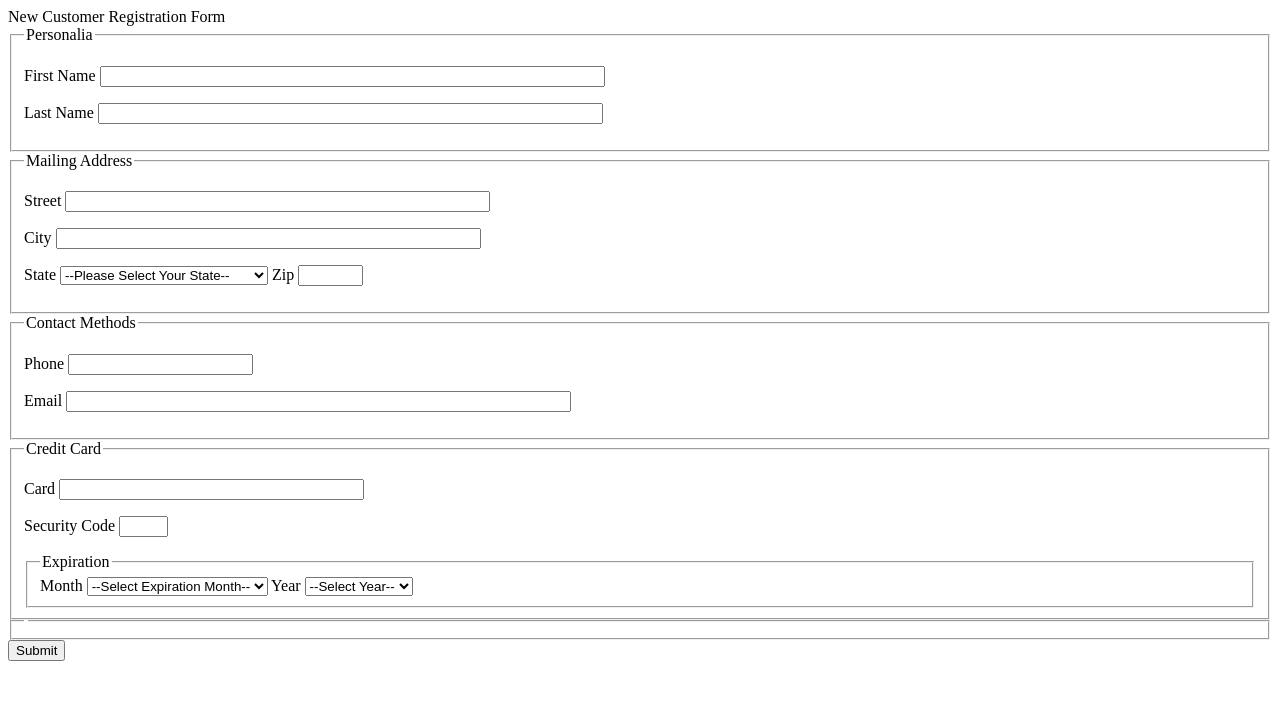
Repository: banjilawal/htdocs
Page: http://localhost/controls/new_customer-form.php
An editor plug-in stored every save of this project. The page is shown before and after the next save, followed by the edit.
The browser window is 1280 px wide. The pictures show the whole page.
The page is run by PHP 8.4 with error messages shown; the project is at /var/www/html/.

Above is the page before, as saved 2022-03-26 23:57:44.

### shop-0.01/controls/new_customer-form.php
<?php
    require('../models/customer.php');

    #$customer = new Customer();
?>

<!DOCTYPE html>
<html lang="en-us">
<head>
    <meta name="viewport" content="width=device-width, initial-scale=1.0">
    <!--<link rel="stylesheet" type="text/css" href="style.css" media=”screen"/> -->
    <!--<script type="text/javascript" src="script.js"></script> -->
    <!--<script type="text/php" src="script.php"></script> -->

    <title>New Customer Registration</title>
</head>

<body>
<header>
    <hi>New Customer Registration Form</hi>
</header>

<nav>
</nav>
<main>
    <form id='new-customer-form' name='new-customer-form' method="post">
        <fieldset><legend>Personalia</legend>
            <p>
                <label for='firstname'> First Name </label>
                <input type="text" id="firstname" name="firstname" minlength="2" maxlength="50" size="60" pattern="[A-Z]+" required>
            </p>
            <p>
                <label for="lastname"> Last Name </label>
                <input type="text" id="lastname" name="lastname" minlength="2" maxlength="50" size="60" pattern="[A-Z]+" required>
            </p>
        </fieldset>

        <fieldset><legend>Mailing Address</legend>
            <p>
                <label for="street">Street </label>
                <input type="text" id="street" name="street" minlength="2" maxlength="60" size="50" required>
            </p>
            <p>
                <label for="city">City </label>
                <input type="text" id="city" name="city" minlength="2" maxlength="70" size="50" required>
            </p>
            <p>
                <label for="state"> State </label>
                <select id="state" name="state" required>
                    <option value="" selected>--Please Select Your State--</option>
                    <option value="AL">Alabama</option>
                    <option value="AK">Alaska</option>
                    <option value="AS">American Samoa</option>
                    <option value="AZ">Arizona</option>
                    <option value="AR">Arkansas</option>
                    <option value="AA">Armed Forces Americas</option>
                    <option value="AE">Armed Forces Europe</option>
                    <option value="AP">Armed Forces Pacific</option>
                    <option value="CA">California</option>
                    <option value="CO">Colorado</option>
                    <option value="CT">Connecticut</option>
                    <option value="DE">Delaware</option>
                    <option value="DC">District of Columbia</option>
                    <option value="FM">Federated States of Micronesia</option>
                    <option value="FL">Florida</option>
                    <option value="GA">Georgia</option>
                    <option value="GU">Guam</option>
                    <option value="HI">Hawaii</option>
                    <option value="ID">Idaho</option>
                    <option value="IL">Illinois</option>
                    <option value="IN">Indiana</option>
                    <option value="IA">Iowa</option>
                    <option value="KS">Kansas</option>
                    <option value="KY">Kentucky</option>
                    <option value="LA">Louisiana</option>
                    <option value="ME">Maine</option>
                    <option value="MH">Marshall Islands</option>
                    <option value="MD">Maryland</option>
                    <option value="MA">Massachusetts</option>
                    <option value="MI">Michigan</option>
                    <option value="MN">Minnesota</option>
                    <option value="MS">Mississippi</option>
                    <option value="MO">Missouri</option>
                    <option value="MT">Montana</option>
                    <option value="NE">Nebraska</option>
                    <option value="NV">Nevada</option>
                    <option value="NH">New Hampshire</option>
                    <option value="NJ">New Jersey</option>
                    <option value="NM">New Mexico</option>
                    <option value="NY">New York</option>
                    <option value="NC">North Carolina</option>
                    <option value="ND">North Dakota</option>
                    <option value="MP">Northern Mariana Islands</option>
                    <option value="OH">Ohio</option>
                    <option value="OK">Oklahoma</option>
                    <option value="OR">Oregon</option>
                    <option value="PW">Palau</option>
                    <option value="PA">Pennsylvania</option>
                    <option value="PR">Puerto Rico</option>
                    <option value="RI">Rhode Island</option>
                    <option value="SC">South Carolina</option>
                    <option value="SD">South Dakota</option>
                    <option value="TN">Tennessee</option>
                    <option value="TX">Texas</option>
                    <option value="UT">Utah</option>
                    <option value="VT">Vermont</option>
                    <option value="VI">Virgin Islands</option>
                    <option value="VA">Virginia</option>
                    <option value="WA">Washington</option>
                    <option value="WV">West Virginia</option>
                    <option value="WI">Wisconsin</option>
                    <option value="WY">Wyoming</option>
                </select>

                <label for="zip"> Zip </label>
                <input type="text" id="zip" name="zip" maxlength="5" minlength="5" size="5" pattern="[0-9]{5}" required>
            </p>
        </fieldset>

        <fieldset><legend>Contact Methods</legend>
            <p>
                <label for="phone">Phone</label>
                <input type="tel">
            </p>

            <p>
                <label>Email</label>
                <input type="email" size="60" required>
            </p>
        </fieldset>

        <fieldset><legend>Credit Card</legend>
            <p>
                <label for="card">Card</label>
                <input type="text" id="card" name="card" minlength="15" maxlength="25" size="35">
            </p>

            <p>
                <label for="code">Security Code</label>
                <input id="code" name="code" type="text" minlength="3" maxlength="3" size="3" pattern="[0-9]{3}" required>
            </p>

            <fieldset><legend>Expiration</legend>
                <label for="month">Month</label>
                <select>
                    <option value="" select>--Select Expiration Month--</option>
                    <option value="1">January</option>
                    <option value="2">February</option>
                    <option value="3">March</option>
                    <option value="4">April</option>
                    <option value="5">May</option>
                    <option value="6">June</option>
                    <option value="7">July</option>
                    <option value="8">August</option>
                    <option value="9">September</option>
                    <option value="10">October</option>
                    <option value="11">November</option>
                    <option value="12">December</option>
                </select>

                <label for="year">Year</label>
                <select>
                    <option value="" select>--Select Year--</option>
                    <option value="22">22</option>
                    <option value="23">23</option>
                    <option value="24">24</option>
                    <option value="25">25</option>
                    <option value="26">26</option>
                    <option value="27">27</option>
                    <option value="28">28</option>
                    <option value="29">29</option>
                    <option value="00">30</option>
                    <option value="01">31</option>
                    <option value="02">32</option>
                    <option value="03">33</option>
                </select>
            </fieldset>
        </fieldset>

        <fieldset><legend>

        </fieldset>

        <input type="submit" value="Submit">
    </form>
</main>

<footer>
</footer>
</body>
<html>

### shop-0.01/models/customer.php
<?php
    #require_once('creditcard.php');
    require_once('address.php');
    require_once('phone.php');
    require_once('creditcard.php');

    class Customer {
        private $firstname;
        private $lastname;
        private $birthdate;
        private $phone;
        private $email;
        private $address;

        private $id;
        private $card;

        public function __construct($firstname, $lastname, $phone, $email, $address) {

            if (get_class($address) != 'PostalAddress') {
                throw new Exception("address is not of the correct type");
            }

            if (get_class($phone) != 'Phone') {
                throw new Exception("Not a valid phone number", 1);
            }

            $this->firstname = $firstname;
            $this->lastname = $lastname;
            #$this->birthdate = $birthdate;
            $this->phone = $phone;
            $this->email = $email;
            $this->address = $address;
        }

        public function get_firstname () { return $this->firstname; }
        public function get_lastname () { return $this->lastname; }
        public function get_birthdate () { return $this->birthdate; }
        public function get_phone () { return $this->phone; }
        public function get_email () { return $this->email; }
        public function get_address () { return $this->adddress; }

        public function set_firstname ($name) { $this->firstname = $name; }
        public function set_lastname ($name) { $this->lastname = $name; }
        public function set_birthdate ($date) { $this->birthdate = $date; }
        public function set_email ($email) { $this->email = $email; }

        public function set_phone ($phone) {
            if (get_class($phone) != 'Phone')
                throw new Exception("Not a valid phone number");

            $this->phone = $phone;
        }

        public function set_address ($address) {
            if (get_class($address) != 'PostalAddress')
                throw new Exception("address is not of the correct type");

            $this->address = $address;
        }

        public function set_card ($card) {
            if (get_class($card) != 'CreditCard')
                throw new Exception("Not a valid credit card");

            $this->card = $card;
        }

        public function set_id ($id) { $this->id = $id; }


        public function __toString() {
           $string = 'firstname: ' . $this->firstname . '<br>' . PHP_EOL;
           $string .= 'lastname: ' . $this->lastname . '<br>' . PHP_EOL;
          # $string .= 'birthdate: ' . $this->birthdate . '<br>' . PHP_EOL;
           $string .= 'phone: ' . $this->phone . '<br>' . PHP_EOL;
           $string .= 'email: ' . $this->email . '<br>' . PHP_EOL;
           $string .= 'address: ' . $this->address . '<br>' . PHP_EOL;
           $string .= 'card: ' . $this->card . '<br>' . PHP_EOL;

           return $string;
        }

    } // end class Customer

    $date = new ExpirationDate(11, 26);
    $code = new SecurityCode(352);
    $card = new CreditCard('5043-55422-2462-8632', $date, $code);
    #echo $card;

    $phone = new Phone('236', '155','1825');
    $address = new PostalAddress('11681 Theatre Drive North', 'Champlin', 'MN', '55316');

    $customer = new Customer('Hannia', 'Free', $phone, 'hannia-free@aim.com', $address);
    $customer->set_id('CN-38-VDL-M7');
    $customer->set_card($card);

 #   echo $customer;
?>

### shop-0.01/models/address.php
<?php
    class PostalAddress {
        private $street;
        private $city;
        private $state;
        private $zip;

        public function __construct($street, $city, $state, $zip) {
            $this->street = $street;
            $this->city = $city;
            $this->state = $state;
            $this->zip = $zip;
        }

        public function get_street () { return $this->street; }
        public function get_city () { return $this->city; }
        public function get_state () { return $this->state; }
        public function get_zip () { return $this->zip; }
        public function get_card () { return $this->card; }

        public function set_street ($street) { $this->street = $street; }
        public function set_city ($city) { $this->city = $city; }
        public function set_state ($state) { $this->state = $state; }
        public function set_zip ($zip) { $this->zip = $zip; }

        public function __toString () {
            return $this->street . ' ' . $this->city . ', ' . $this->state . ' ' . $this->zip;
        }

    } // end class StreetAddress
  #  $address = new PostalAddress('250 Turners Crossroad South', 'Golden Valley', 'MN', '55416');

  #  echo $address . '\n' .  gettype($address) . '\n' . get_class($address);
?>

### shop-0.01/models/phone.php
<?php
    class Phone {
        private $areaCode;
        private $exchange;
        private $number;

        public function __construct($areaCode, $exchange, $number) {
            if ($this->validate_code($areaCode) == 'fail') {
                throw new Exception("not a valid area code", 1);
            }

            if ($this->validate_code($exchange) == 'fail') {
                throw new Exception("not a valid phone exchange", 1);
            }

            if ($this->validate_number($number) == 'fail') {
                throw new Exception("not a valid extension", 1);
            }

            $this->areaCode = $areaCode;
            $this->exchange = $exchange;
            $this->number = $number;
        }

        public function get_street () { return $this->street; }
        public function get_city () { return $this->city; }
        public function get_state () { return $this->state; }
        public function get_zip () { return $this->zip; }
        public function get_card () { return $this->card; }

        public function set_area_code ($areaCode) {
            if ($this->validate_code($areaCode) == 'fail') {
                throw new Exception("not a valid area code", 1);
            }
            $this->areaCode = $areaCode;
        }

        public function set_exchange ($exchange) {
            if ($this->validate_code($exchange) == 'fail') {
                throw new Exception("not a valid phone exchange", 1);
            }
            $this->exchange = $exchange;
        }

        public function set_number ($number) {
            if ($this->validate_number($number) == 'fail') {
                throw new Exception("not a valid extension", 1);
            }
            $this->number = $number;
        }

        public function __toString () {
            return '(' . $this->areaCode . ') ' . $this->exchange . '-' . $this->number;
        }

        private function validate_code($var) {
            $result = 'fail';

            if (is_string($var)) {
                if ((is_numeric($var) && (strlen($var) == 3)))
                    $result = 'pass';
            }

            if (is_int($var)) {
                if (strlen((string)$var) == 3)
                    $result = 'pass';
            }

            return $result;
        }

        private function validate_number($var) {
            $result = 'fail';

            if (is_string($var)) {
                if ((is_numeric($var) && (strlen($var) == 4)))
                    $result = 'pass';
            }

            if (is_int($var)) {
                if (strlen((string)$var) == 4)
                    $result = 'pass';
            }

            return $result;
        }


    } // end class Phone
$phone = new Phone('340', 679, 8013);
#echo $phone;
?>

### shop-0.01/models/creditcard.php
<?php
    class ExpirationDate {
        private $month;
        private $year;

        public function __construct($month, $year) {
            if ($month < 1 || $month > 12) {
                throw new Exception("not a valid month");

            }

            if ($year < 0 || $year > 99) {
                throw new Exception("Not a valid expiration year");
            }

            $this->month = $month;
            $this->year = $year;
        }

        public function get_month () { return $this->month; }
        public function get_year () { return $this->year; }

        public function set_month ($number) {
            if ($number < 1 || $number> 12) {
                throw new Exception("not a valid expiration month");
            }
            $this->month = $number;
        }

        public function set_year ($number) {
            if ($number < 0 || $number> 99) {
                throw new Exception("not a valid expiration year");
            }
            $this->year = $number;
        }

        public function __toString() {
            return ($this->number_string($this->month) . '/' . $this->number_string($this->year));
          # return '[' . $this->month . ' ' . $this->year . ']';
          # return ('' . $this->get_month() . '/' . $this->get_year());
        }

        private function number_string($number) {
            $text = '' . $number;

            if ($number < 10) $text = '0' . $number;

            return $text;
        }
    } // end class ExpirationDate


    class SecurityCode {
        private $code;

        public function __construct($var) {
            if (is_numeric($var) == false)
                throw new Exception("security code is not a number");

            if (strlen((string)$var) != 3)
                throw new Exception("incorrect security code length");

            $this->code = $var;
        }

        public function get_code () { return $this->code; }

        public function __toString() {
            $text = '' . $this->code;
            return $text;
        }
    }

    class CreditCard {
        private $number;
        private $expiration;
        private $securityCode;

        public function __construct($number, $date, $code) {
            if (get_class($date) != 'ExpirationDate') {
                throw new Exception("date is not an expiration date");
            }

            if (get_class($code) != 'SecurityCode') {
                throw new Exception("code is not a valid credit card security code");
            }

            $this->number = $number;
            $this->expiration = $date;
            $this->securityCode = $code;
        }

        public function get_number () { return $this->number; }
        public function get_expiration () { return $this->expiration; }
        public function get_security_code () { return $this->securityCode; }

        public function set_number ($number) { $this->number = $number; }

        public function set_expiration ($date) {
            if (get_class($date) != 'ExpirationDate')
                throw new Exception("date is not an expiration date");

            $this->expiration = $date;
        }

        public function set_security_code ($code) {
            if (get_class($code) != 'SecurityCode')
                throw new Exception("code is not a valid credit card security code");

            $this->securityCode = $code;
        }

        public function __toString() {
            return 'number: ' . $this->number . ', expiration: ' . $this->expiration . ', security code: ' . $this->securityCode;
        }

        private function validate_number($var) {
            $result = 'fail';

            if (is_string($var)) {
                if ((is_numeric($var) && (strlen($var) == 3)))
                    $result = 'pass';
            }

            if (is_int($var)) {
                if (strlen((string)$var) == 3)
                    $result = 'pass';
            }

            return $result;
        }

        private function validate_securityCode($var) {
            $result = 'fail';

            if (is_string($var)) {
                if ((is_numeric($var) && (strlen($var) == 3)))
                    $result = 'pass';
            }

            if (is_int($var)) {
                if (strlen((string)$var) == 3)
                    $result = 'pass';
            }

            return $result;
        }
    } // end CreditCard class
?>

After the next save:
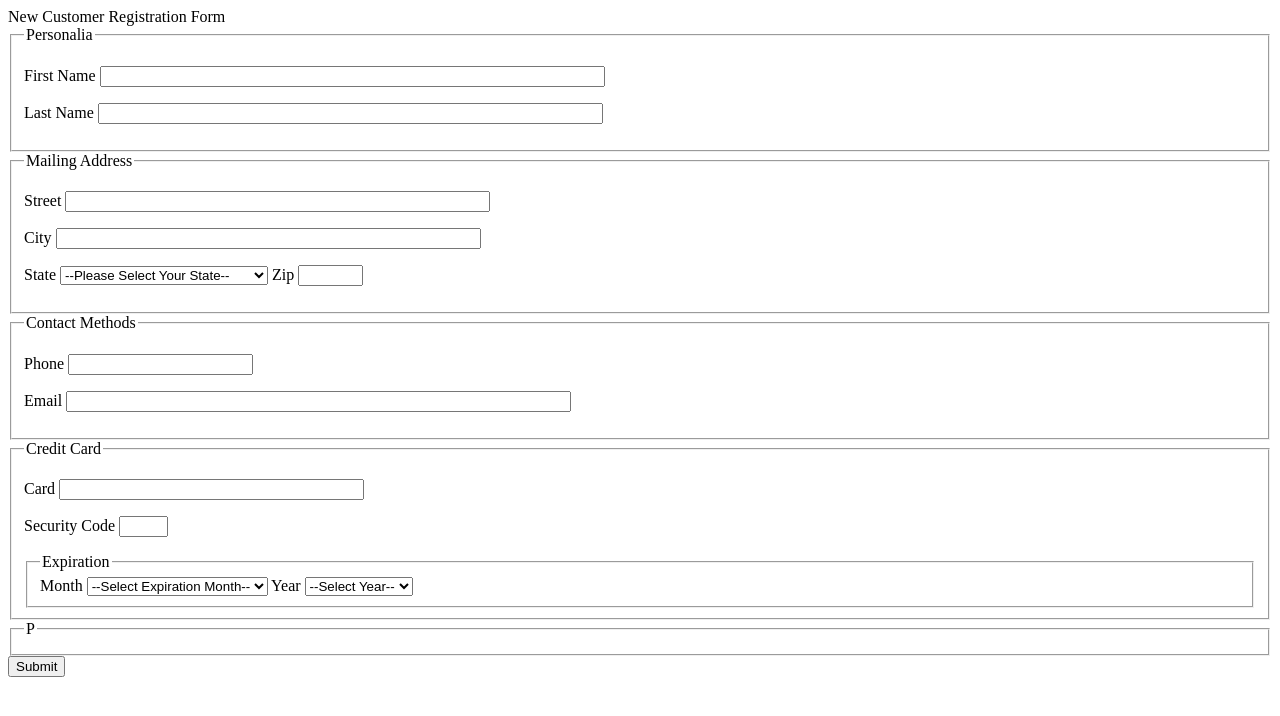
Saved 4 s later.
--- a/shop-0.01/controls/new_customer-form.php
+++ b/shop-0.01/controls/new_customer-form.php
@@ -177,7 +177,7 @@
             </fieldset>
         </fieldset>
 
-        <fieldset><legend>
+        <fieldset><legend>P
 
         </fieldset>
 
